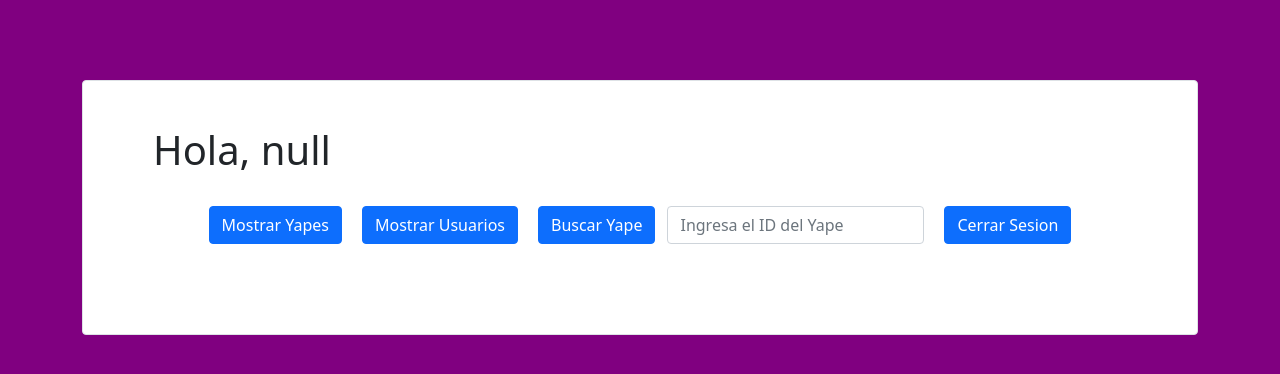
Repository: Gimblet/LP1_Proyecto_Yape
Page: http://localhost/Yape/adminDashboard.jsp
An editor plug-in stored every save of this project. The page is shown before and after the next save, followed by the edit.
The browser window is 1280 px wide. The pictures show the whole page.
The page is served by Tomcat 9. Queries for data that is not in the repository find no rows.

Above is the page before, as saved 2024-05-04 01:40:07.

After the next save:
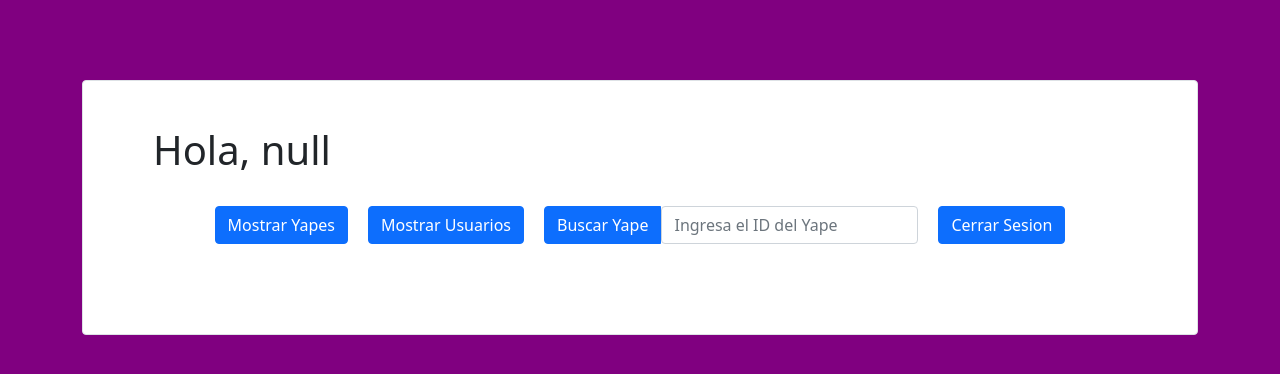
Saved 45 s later.
--- a/Yape/src/main/webapp/adminDashboard.jsp
+++ b/Yape/src/main/webapp/adminDashboard.jsp
@@ -28,11 +28,6 @@ main {
 	background-color: white;
 	margin: auto;
 	margin-top: 80px;
-}
-
-.buscarContainer {
-	display: flex;
-	gap: 12px;
 }
 
 form {
@@ -75,7 +70,7 @@ section {
 						<input class="btn btn-primary" type="submit" value="Mostrar Yapes"
 							name="type"> <input type="submit" class="btn btn-primary"
 							value="Mostrar Usuarios" name="type">
-						<div class="buscarContainer">
+						<div class="btn-group">
 							<input class="btn btn-primary" type="submit" value="Buscar Yape"
 								name="type"> <input class="form form-control"
 								type="text" name="txtBuscar"
